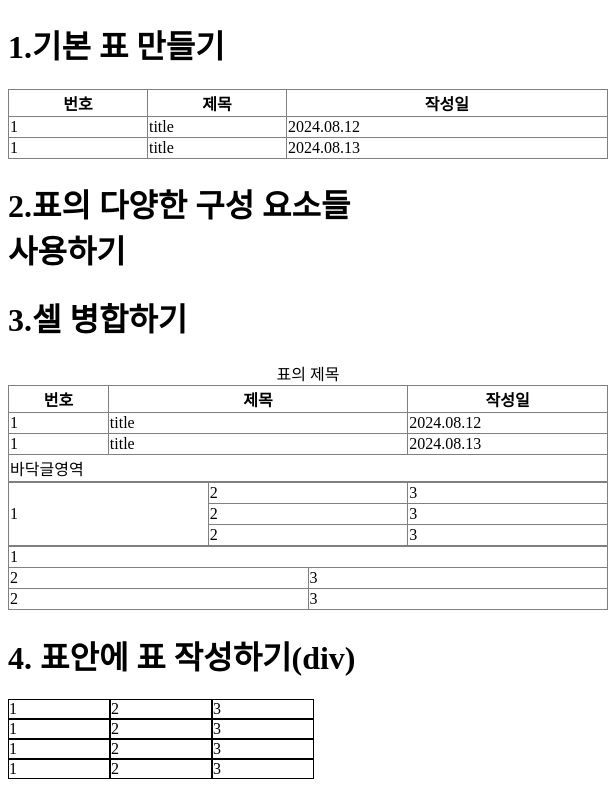
Repository: Junvelop/hkdevelope
Page: Downloads/back_end_edu20240624-master (1)/front_end_20240627/src/main/webapp/html05_표만들기.html
An editor plug-in stored every save of this project. The page is shown before and after the next save, followed by the edit.
The browser window is 375 px wide. The page is 608 px wide, so the pictures cover 608 px, including what lies to the right of the window. The pictures show the whole page.

Above is the page before, as saved 2024-08-13 00:38:09.

After the next save:
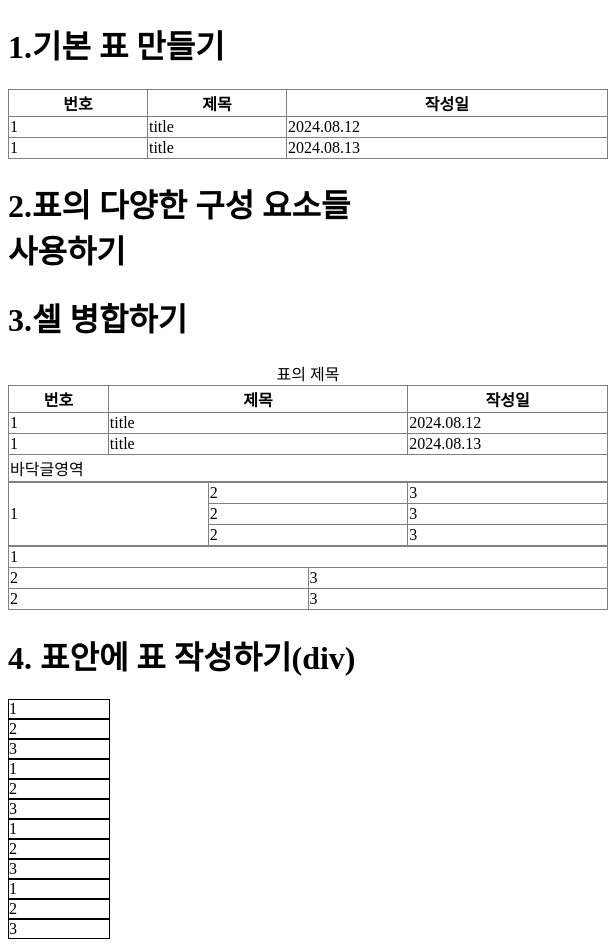
Saved 8 min 45 s later.
--- a/Downloads/back_end_edu20240624-master (1)/front_end_20240627/src/main/webapp/html05_표만들기.html
+++ b/Downloads/back_end_edu20240624-master (1)/front_end_20240627/src/main/webapp/html05_표만들기.html
@@ -8,8 +8,8 @@
 		.tb{width:600px;}
 
 
-		.table{                  /* .은 컴파일러에게 클래스 타입이라고 알려주는 것임)*/
-		display : table;
+		.table{                  /* .은 컴파일러에게 클래스에서 정의한 타입이라고 알려주는 것임)*/
+		display : table;		/* div로 만든 123123 이런 것을 css로 테이블처럼 만들기 */
 		}
 
 
@@ -23,6 +23,32 @@
 		display: table-cell;
 		border: 1px solid black;
 		width: 100px;
+
+		}
+
+		/* mobile 화면일 경우 */
+
+		@media screen and (max-width : 600px){
+
+
+				.table{                  /* .은 컴파일러에게 클래스에서 정의한 타입이라고 알려주는 것임)*/
+		display : block;		/* div로 만든 123123 이런 것을 css로 테이블처럼 만들기 */
+		}
+
+
+		.tr{
+		display : block;
+
+		}
+
+		.td{
+
+		display: block;
+		border : 1px solid black;
+		width : 100px;
+
+		}
+
 
 		}
 
